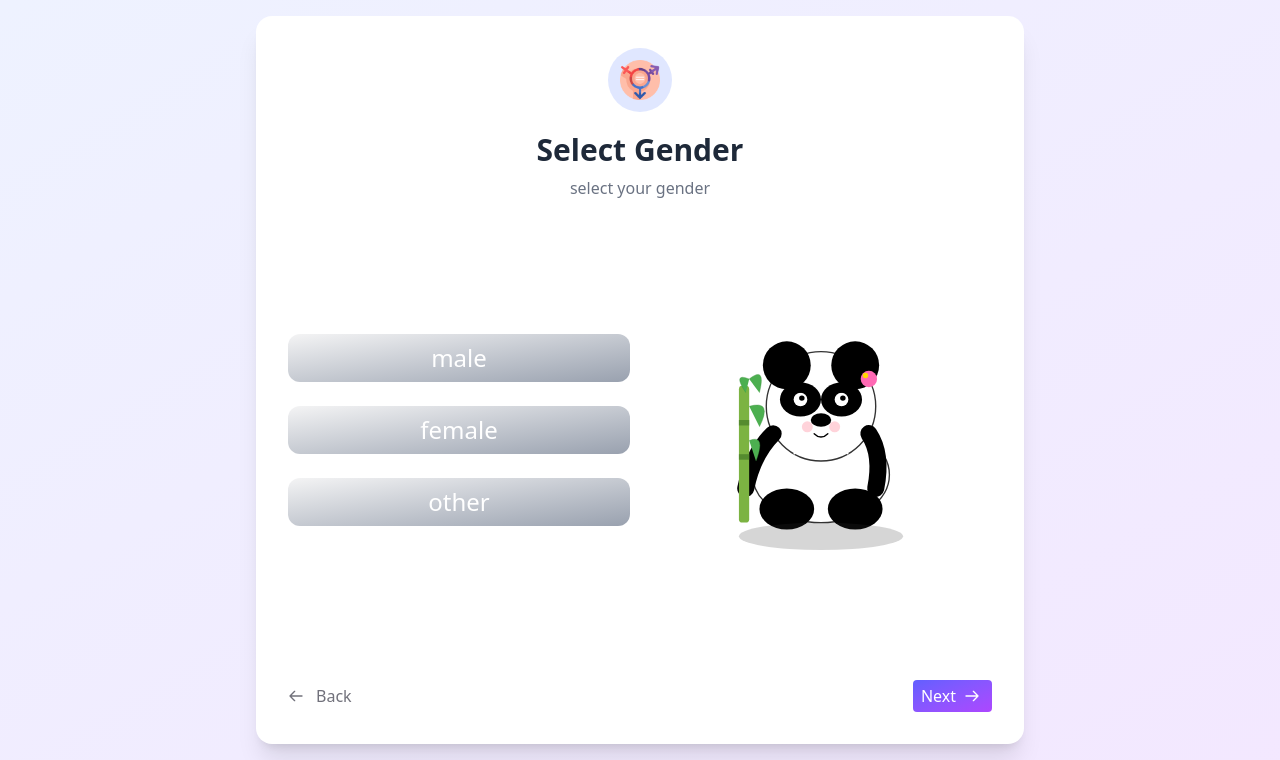
Repository: aryan151pratap/FitPanda
Page: / (app in frontened/), after clicking the first element matching `button.px-2`
These files come from the project's save history. The page is drawn as it stood at one moment and after the next save; the edit follows.
The browser window is 1280 px wide. The pictures show the whole page.
The project was rebuilt for these pictures with package versions that can differ from the ones it lists, and the page was loaded fresh each time. Also part of the build but not shown: frontened/vite.config.js, frontened/src/App.css, frontened/src/components/page_1.jsx, frontened/src/login/login.jsx, frontened/src/login/sign_up.jsx, frontened/src/login/otp.jsx, frontened/src/notification/notify.jsx.

Above is the page before, as saved 2025-06-04 23:45:08.

After the next save:
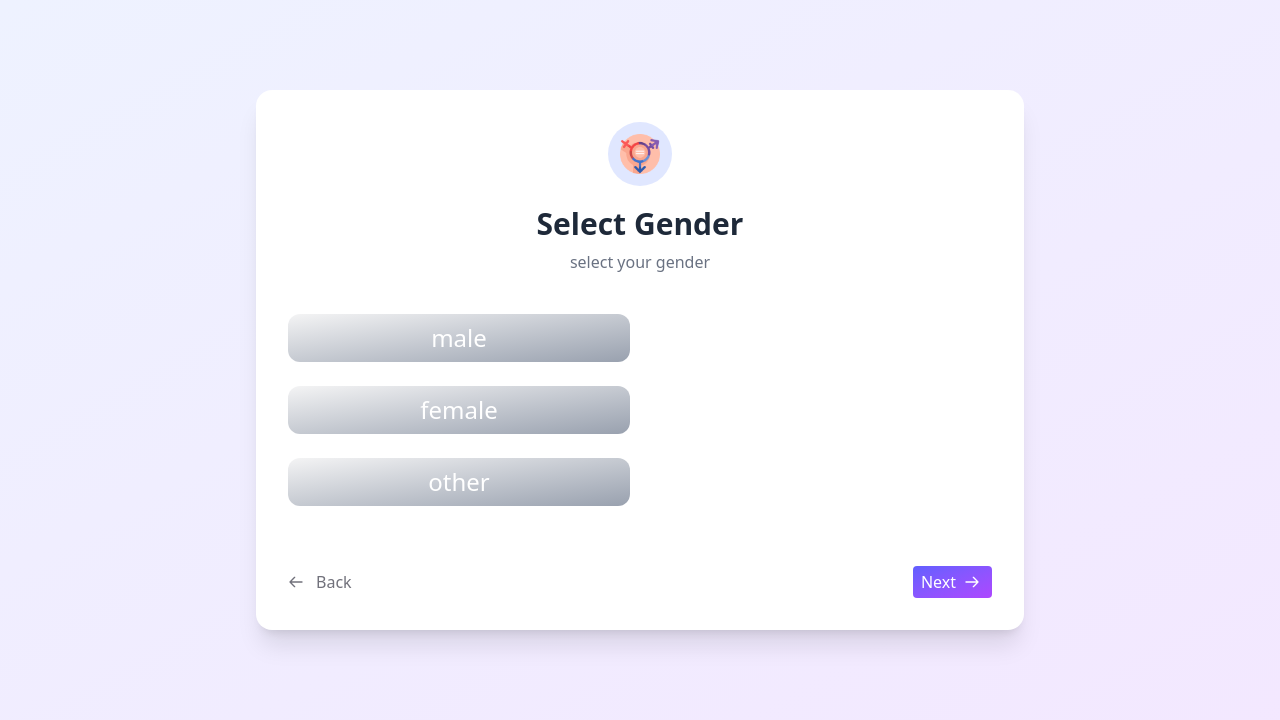
Saved 3 min 55 s later.
--- a/frontened/src/about_user/gender.jsx
+++ b/frontened/src/about_user/gender.jsx
@@ -1,5 +1,6 @@
 import { useState } from "react";
 import gender_img from '../image/gender.png';
+import male_panda from '../image/male_panda.png'
 
 function Gender(){
 	const [gender, setGender] = useState('');
@@ -48,57 +49,7 @@ function Gender(){
 						))}
 						</div>
 						<div className="w-full flex items-center justify-center">
-						<svg width="500" height="400" viewBox="0 0 500 400" xmlns="http://www.w3.org/2000/svg">
-  <ellipse cx="250" cy="280" rx="100" ry="70" fill="white" stroke="#333" stroke-width="2"/>
 
-  <circle cx="250" cy="180" r="80" fill="white" stroke="#333" stroke-width="2"/>
-
-  <circle cx="200" cy="120" r="35" fill="black"/>
-  <circle cx="300" cy="120" r="35" fill="black"/>
-
-  <ellipse cx="220" cy="170" rx="30" ry="25" fill="black"/>
-  <ellipse cx="280" cy="170" rx="30" ry="25" fill="black"/>
-
-  <circle cx="220" cy="170" r="10" fill="white"/>
-  <circle cx="280" cy="170" r="10" fill="white"/>
-  <circle cx="222" cy="168" r="4" fill="black"/>
-  <circle cx="282" cy="168" r="4" fill="black"/>
-
-  <path d="M200 160 Q205 150 210 155" stroke="black" stroke-width="2" fill="none"/>
-  <path d="M210 155 Q215 145 220 160" stroke="black" stroke-width="2" fill="none"/>
-  <path d="M260 160 Q265 150 270 155" stroke="black" stroke-width="2" fill="none"/>
-  <path d="M270 155 Q275 145 280 160" stroke="black" stroke-width="2" fill="none"/>
-
-  <ellipse cx="250" cy="200" rx="15" ry="10" fill="black"/>
-
-  <path d="M240 220 Q250 230 260 220" stroke="black" stroke-width="2" fill="none" stroke-linecap="round"/>
-
-  <path d="M180 220 Q150 250 140 300" stroke="black" stroke-width="25" fill="none" stroke-linecap="round"/>
-  <path d="M320 220 Q340 250 330 300" stroke="black" stroke-width="25" fill="none" stroke-linecap="round"/>
-
-  <rect x="130" y="150" width="15" height="200" fill="#7CB342" rx="5"/>
-  <rect x="130" y="200" width="15" height="8" fill="#558B2F"/>
-  <rect x="130" y="250" width="15" height="8" fill="#558B2F"/>
-
-  <path d="M145 140 Q170 120 160 160" fill="#4CAF50" stroke="#388E3C" stroke-width="0.5"/>
-  <path d="M145 140 Q120 130 140 160" fill="#4CAF50" stroke="#388E3C" stroke-width="0.5"/>
-  <path d="M145 180 Q180 170 160 210" fill="#4CAF50" stroke="#388E3C" stroke-width="0.5"/>
-  <path d="M145 230 Q170 220 155 260" fill="#4CAF50" stroke="#388E3C" stroke-width="0.5"/>
-
-  <ellipse cx="200" cy="330" rx="40" ry="30" fill="black"/>
-  <ellipse cx="300" cy="330" rx="40" ry="30" fill="black"/>
-
-  <circle cx="230" cy="210" r="8" fill="#FFB6C1" opacity="0.6"/>
-  <circle cx="270" cy="210" r="8" fill="#FFB6C1" opacity="0.6"/>
-  <circle cx="320" cy="140" r="12" fill="#FF69B4"/>
-  <circle cx="315" cy="135" r="4" fill="#FFD700"/>
-
-  <path d="M210 250 Q215 245 220 250" stroke="white" stroke-width="2" fill="none"/>
-  <path d="M280 250 Q285 245 290 250" stroke="white" stroke-width="2" fill="none"/>
-  <path d="M230 300 Q235 295 240 300" stroke="white" stroke-width="2" fill="none"/>
-
-  <ellipse cx="250" cy="370" rx="120" ry="20" fill="#333" opacity="0.2"/>
-</svg>
 						</div>
 					</div>
 
